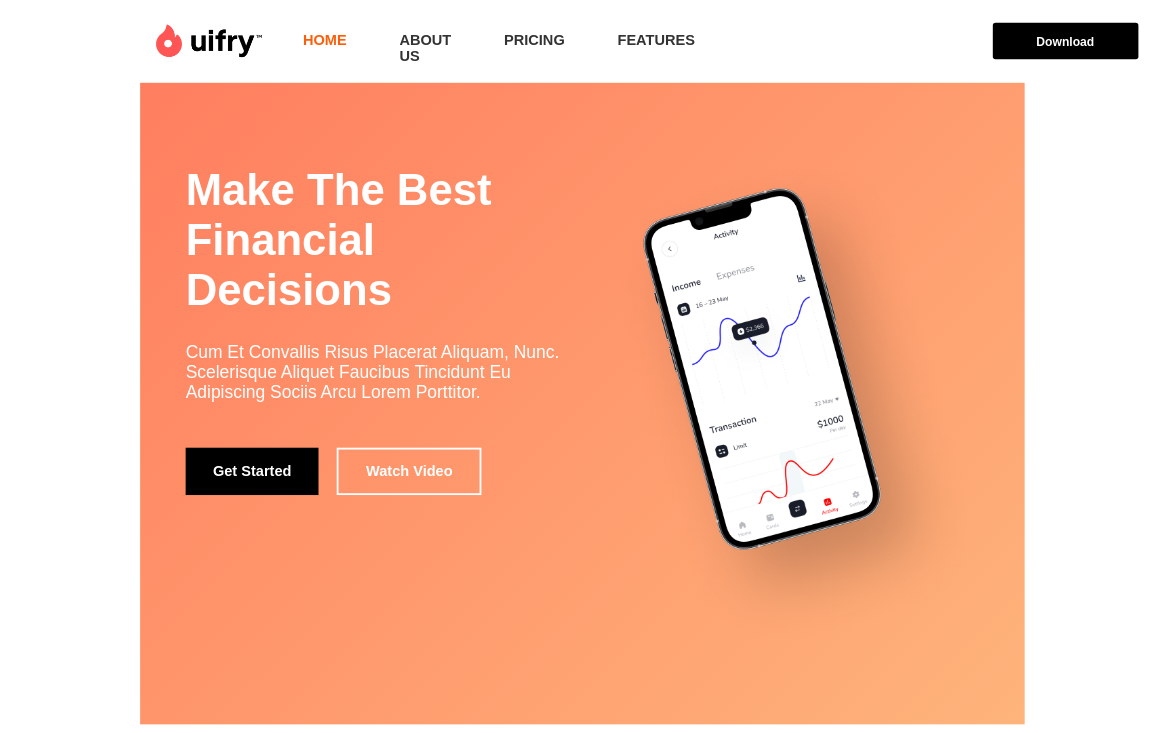
Repository: sakshambansal7/Uifry
Page: index.html
An editor plug-in stored every save of this project. The page is shown before and after a run of saves, followed by the edit.
The browser window is 1280 px wide. The pictures show the whole page, at 91% of full size.

Above is the page before, as saved 2024-06-12 14:59:19.

### index.html
<!DOCTYPE html>
<html lang="en">
  <head>
    <meta charset="UTF-8" />
    <meta name="viewport" content="width=device-width, initial-scale=1.0" />
    <title>uifry.com</title>
    <link rel="stylesheet" href="style.css" />
  </head>
  <body>
    <nav class="navbar">
      <div>
        <img class="logo" src="./images/logo.png" alt="img" />
      </div>
      <div class="nav">
        <div><a href="#" class="nav__link active">Home </a></div>
        <div><a href="#" class="nav__link">About Us</a></div>
        <div><a href="#" class="nav__link">Pricing</a></div>
        <div><a href="#" class="nav__link">features</a></div>
      </div>
      <div class="download">
        <button class="button">Download</button>
      </div>
    </nav>
    <div class="part1 absolute">
      <div class="left absolute insert-0 justify-center ">
        <div class="bg-shape1 bg-primary opacity-50 bg-blur"></div>
        <div class="bg-shape2 bg-yellow opacity-50 bg-blur"></div>

        <h1>Make The Best Financial Decisions</h1>
        <p>
          Cum Et Convallis Risus Placerat Aliquam, Nunc. Scelerisque Aliquet
          Faucibus Tincidunt Eu Adipiscing Sociis Arcu Lorem Porttitor.
        </p>
        <div class="cta-buttons">
          <button class="get-started-btn">Get Started</button>
          <button class="watch-video-btn">Watch Video</button>
        </div>
      </div>
      <div class="right">
        <img src="./images/igraph.png" alt="Mobile App Mockup" />
      </div>
    </div>
  </body>
  <script src="script.js"></script>
</html>

### style.css

*{
    margin: 0px;
    padding: 5px;

}
body {
  margin-left: 20vh;
  margin-right: 20vh;
  font-family: Arial, sans-serif;
  background: #fff;
  color: #333;
}

  /* navbar */
.logo {
  width: 120px;
}


.navbar{
  display: flex;
  justify-content: flex-start;

}
.nav{
  padding-top: 10px;
  display: flex;
  justify-content: center;

}
nav  {
  display: inline;
}

nav a {
  text-decoration: none;
  color: #333;
  font-weight: bold;
}


.button {
  width: 160px;
  height: 40px;
  border-radius: 3px;

  background-color: #000;
  color: #fff;
  padding: 10px 20px;
  border: none;
  cursor: pointer;
  font-weight: bold;
  margin-left: 40vh;
}
.download{

  padding-top: 10px;
}


.nav__link {
    display: block;
    padding: .3125rem 1.5rem;
    text-transform: uppercase;
  }

  .nav__link.active  {

    color: #FF5E08;
  }

  .part1 {
    display: flex;
    justify-content: space-between;
    padding: 60px 40px;
    background: linear-gradient(135deg, #ff7e5f, #feb47b);
    color: #fff;
}

.left {
  max-width: 50%;
}

.part1 h1 {
  font-size: 3em;
  margin: 0 0 20px;
}

.part1 p {
  font-size: 1.2em;
  margin: 0 0 40px;
}

.cta-buttons {
  display: flex;
  gap: 20px;
}

.get-started-btn,
.watch-video-btn {
  background: #000;
  color: #fff;
  padding: 15px 30px;
  border: none;
  cursor: pointer;
  font-size: 1em;
  font-weight: bold;
}

.watch-video-btn {
  background: transparent;
  border: 2px solid #fff;
}

.right {
  max-width: 50%;
}

.right img {
  width: 100%;
}

### script.js
document.addEventListener('DOMContentLoaded', function() {
    const selector = '.nav__link';
    const elems = Array.from( document.querySelectorAll( selector ) );
    const navigation = document.querySelector( 'nav' );

    function makeActive( evt ) {
      const target = evt.target;

      if ( !target || !target.matches( selector ) ) {
        return;
      }

      elems.forEach( elem => elem.classList.remove( 'active' ) );

        evt.target.classList.add( 'active' );
    };

    navigation.addEventListener( 'mousedown', makeActive );

    } );

After the next 2 saves:
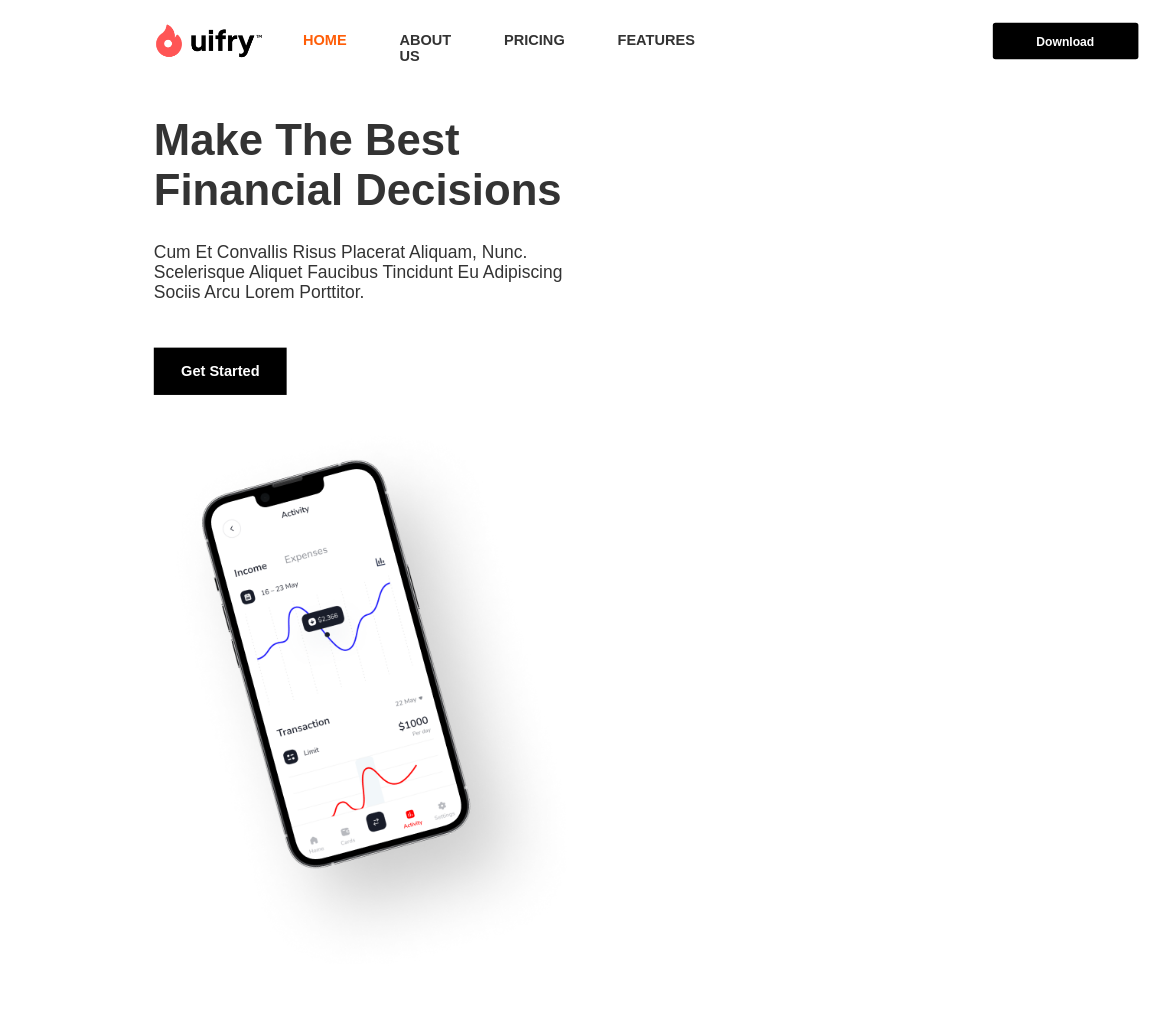
The 2 saves are shown as one change because they came seconds apart.
The last was saved 12 s later.
--- a/style.css
+++ b/style.css
@@ -70,6 +70,8 @@ nav a {
     color: #FF5E08;
   }
 
+  part1
+
   .part1 {
     display: flex;
     justify-content: space-between;

After the 2 saves that followed:
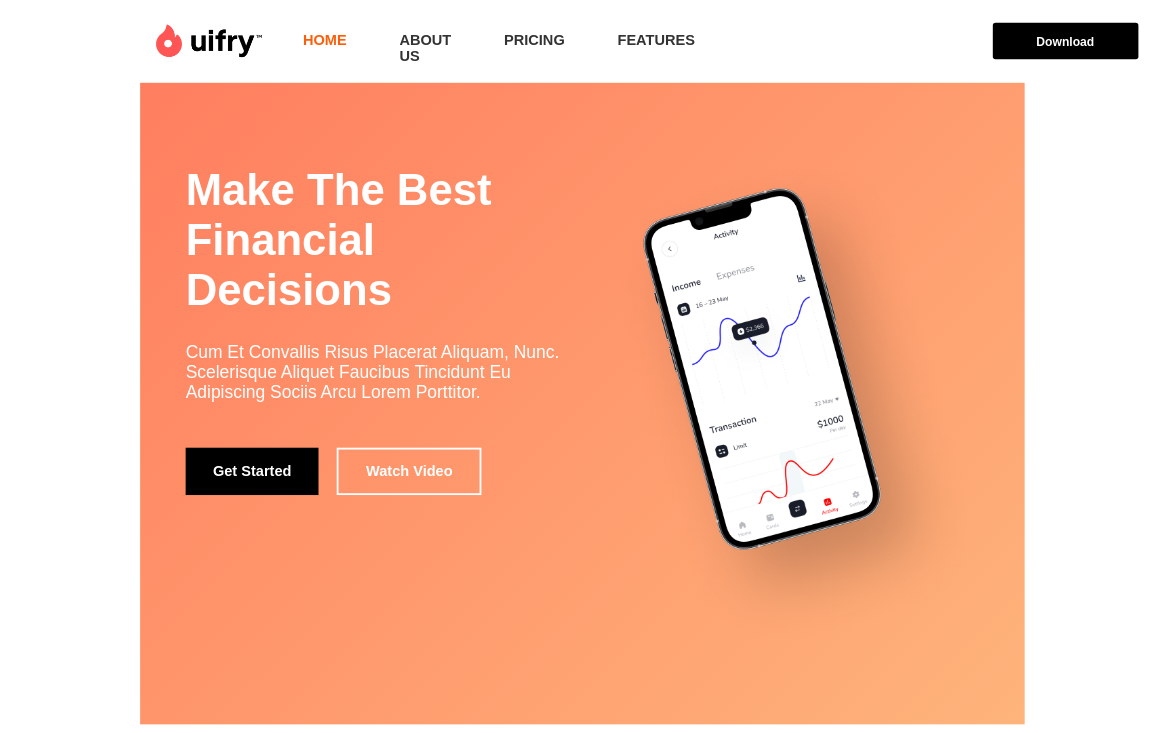
The 2 saves are shown as one change because they came seconds apart.
The last was saved 8 s later.
--- a/style.css
+++ b/style.css
@@ -70,7 +70,7 @@ nav a {
     color: #FF5E08;
   }
 
-  part1
+  /* part-1 */
 
   .part1 {
     display: flex;
